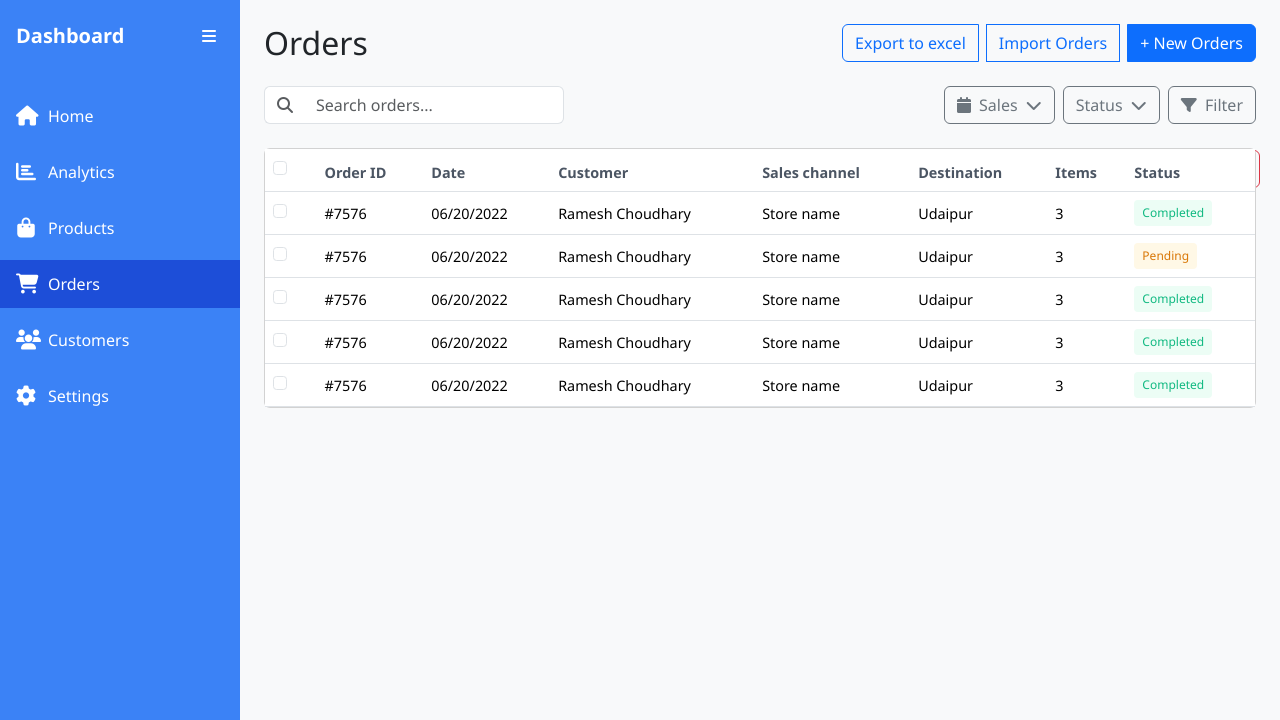
Repository: AditiAjitSalvi/Inventory_Managment
Page: Inventory_Managment_System/Inventory/src/main/webapp/Order.html
These files come from the project's save history. The page is drawn as it stood at one moment and after the next save; the edit follows.
The browser window is 1280 px wide. The pictures show the whole page.

Above is the page before, as saved 2025-05-22 15:58:55.
Console error: TypeError: Cannot read properties of null (reading 'getContext')

After the next save:
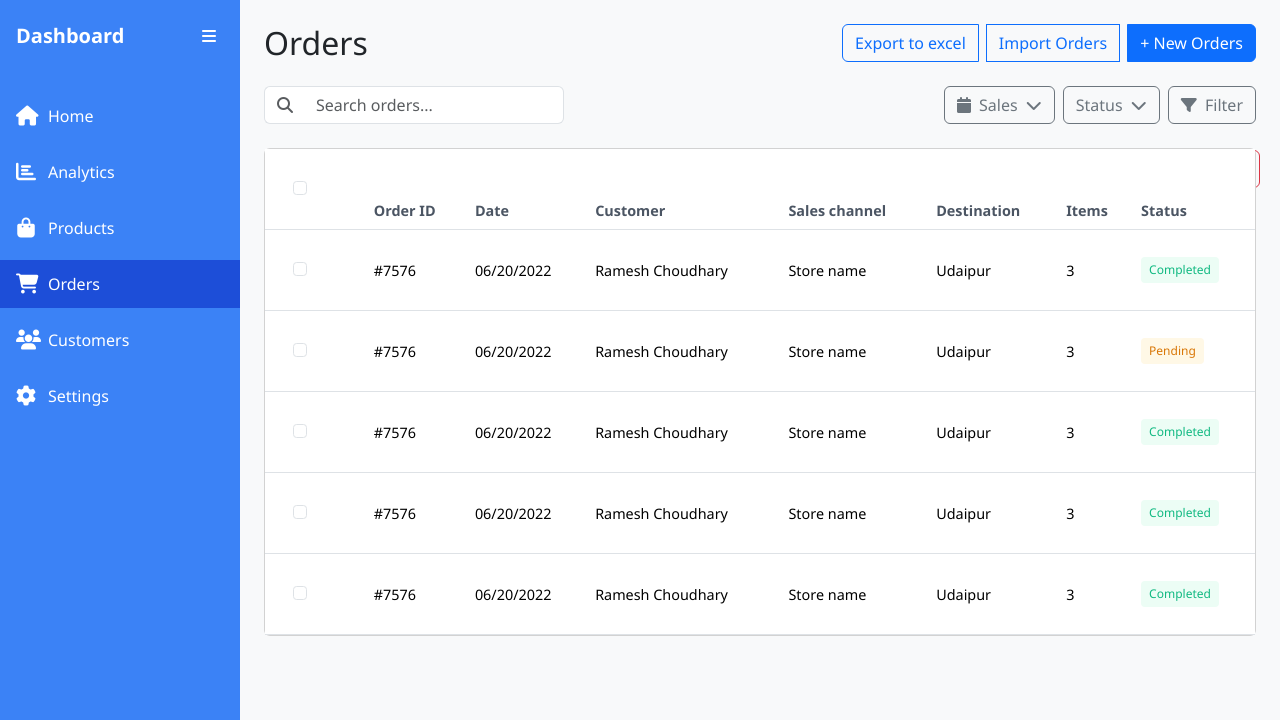
Saved 11 s later.
--- a/Inventory_Managment_System/Inventory/src/main/webapp/Order.html
+++ b/Inventory_Managment_System/Inventory/src/main/webapp/Order.html
@@ -202,7 +202,7 @@
 }
 
 .order-table .form-check {
-	margin: 10;
+	margin: 20px;
 }
 
 /* Responsive Adjustments */

After the save that followed:
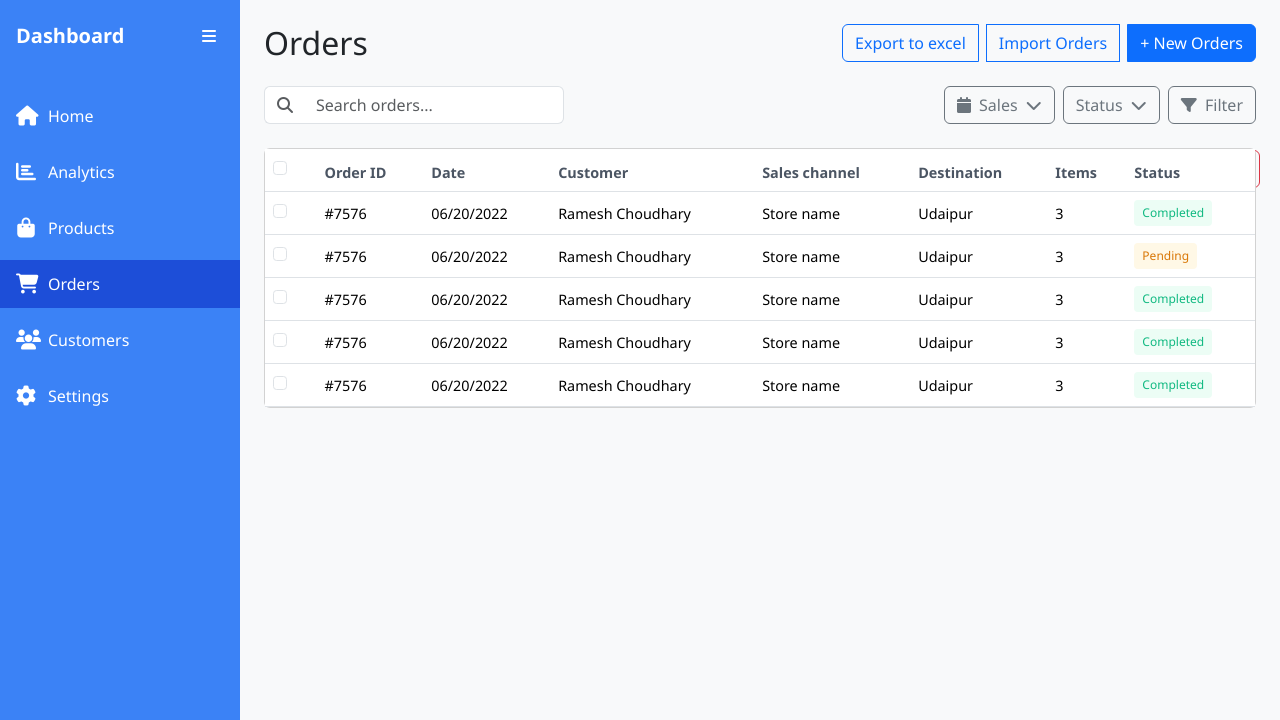
Saved 24 s later.
--- a/Inventory_Managment_System/Inventory/src/main/webapp/Order.html
+++ b/Inventory_Managment_System/Inventory/src/main/webapp/Order.html
@@ -202,7 +202,7 @@
 }
 
 .order-table .form-check {
-	margin: 20px;
+	margin: 20;
 }
 
 /* Responsive Adjustments */
